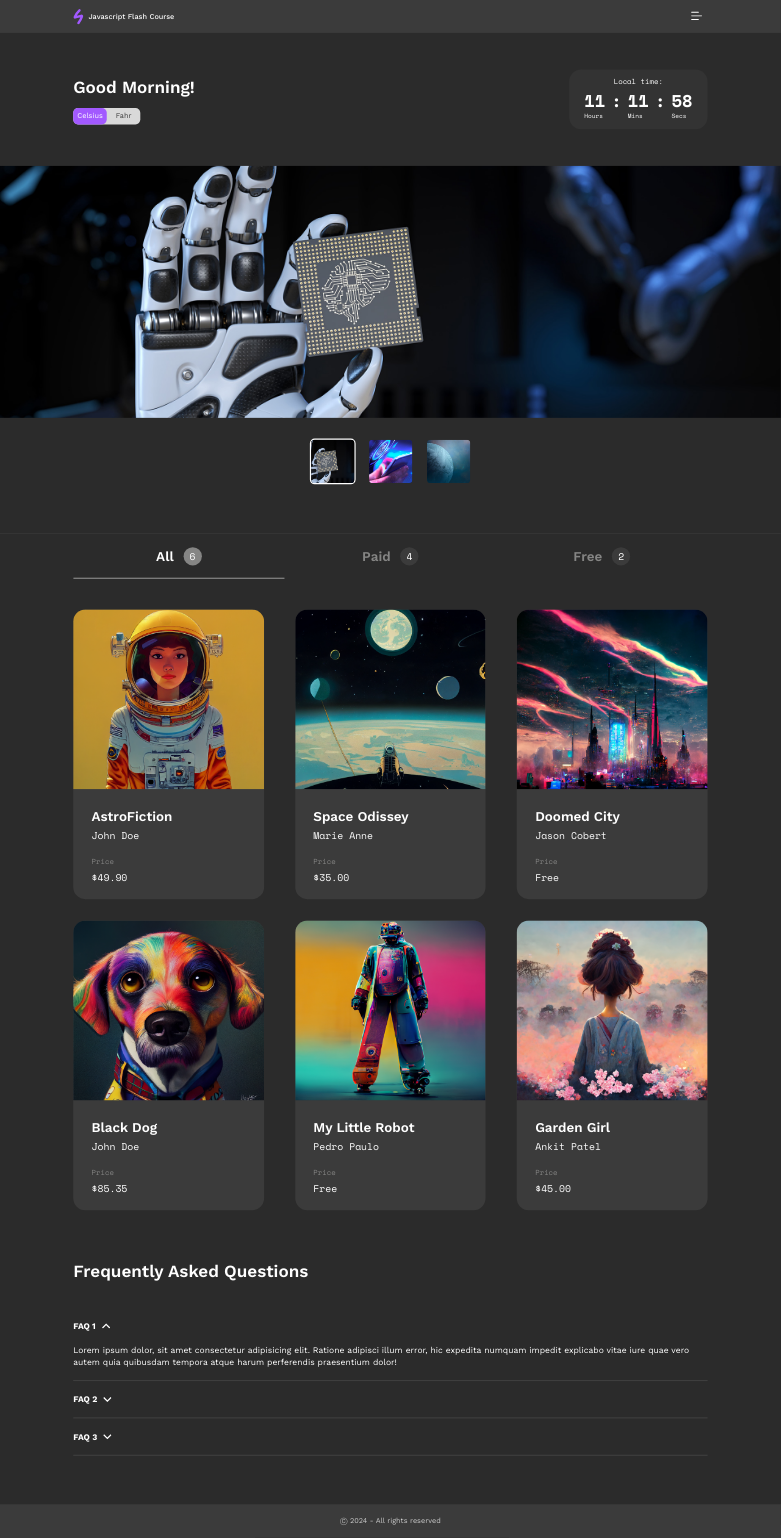
Repository: GettieSirma/JAVASCRIPT-TEST
Page: index.html
An editor plug-in stored every save of this project. The page is shown before and after the next save, followed by the edit.
The browser window is 1280 px wide. The pictures show the whole page, at 61% of full size.

Above is the page before, as saved 2024-04-26 10:36:37.

After the next save:
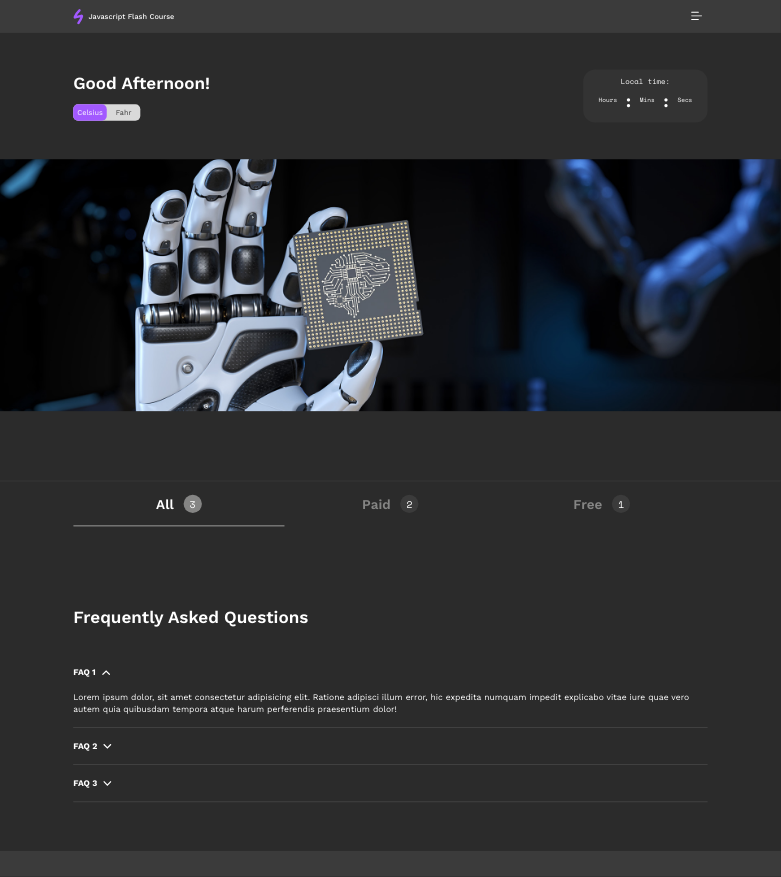
Console error: SyntaxError: Unexpected token '.'
Saved 8 s later.
--- a/index.html
+++ b/index.html
@@ -293,45 +293,36 @@
             greetingHandler();
         });
 
-        // Weather Text
-
-        function weatherHandler() {
-            navigator.geolocation.getCurrentPosition(position => {
-                let latitude = position.coords.latitude;
-                let longitude = position.coords.longitude;
-                let url = weatherAPIURL
-                    .replace("{lat}", latitude)
-                    .replace("{lon}", longitude)
-                    .replace("{API key}", weatherAPIKey);
-                fetch(url)
-                    .then(response => response.json())
-                    .then(data => {
-                        const condition = data.weather[0].description;
-                        const location = data.name;
-                        const temperature = data.main.temp;
-
-                        let celsiusText = `The weather is ${condition} in ${location} and it's ${temperature.toFixed(1)}°C outside.`;
-                        let fahrText = `The weather is ${condition} in ${location} and it's ${celsiusToFahr(temperature).toFixed(1)}°F outside.`;
-
+        .replace("{API key}", weatherAPIKey);
+        fetch(url)
+            .then(response => response.json())
+            .then(data => {
+                const condition = data.weather[0].description;
+                const location = data.name;
+                const temperature = data.main.temp;
+
+                let celsiusText = `The weather is ${condition} in ${location} and it's ${temperature.toFixed(1)}°C outside.`;
+                let fahrText = `The weather is ${condition} in ${location} and it's ${celsiusToFahr(temperature).toFixed(1)}°F outside.`;
+
+                document.querySelector("p#weather").innerHTML = celsiusText;
+
+                // Temperature Switch
+
+                document.querySelector(".weather-group").addEventListener("click", function(e) {
+
+                    if (e.target.id == "celsius") {
                         document.querySelector("p#weather").innerHTML = celsiusText;
-
-                        // Temperature Switch
-
-                        document.querySelector(".weather-group").addEventListener("click", function(e) {
-
-                            if (e.target.id == "celsius") {
-                                document.querySelector("p#weather").innerHTML = celsiusText;
-                            } else if (e.target.id == "fahr") {
-                                document.querySelector("p#weather").innerHTML = fahrText;
-                            }
-
-                        });
-
-                    }).catch((err => {
-                        document.querySelector("p#weather").innerHTML = "Unable to get the weather info. Try again later.";
-                    }));
-
-            });
+                    } else if (e.target.id == "fahr") {
+                        document.querySelector("p#weather").innerHTML = fahrText;
+                    }
+
+                });
+
+            }).catch((err => {
+                document.querySelector("p#weather").innerHTML = "Unable to get the weather info. Try again later.";
+            }));
+
+        });
         }
 
         // Local Time Section
